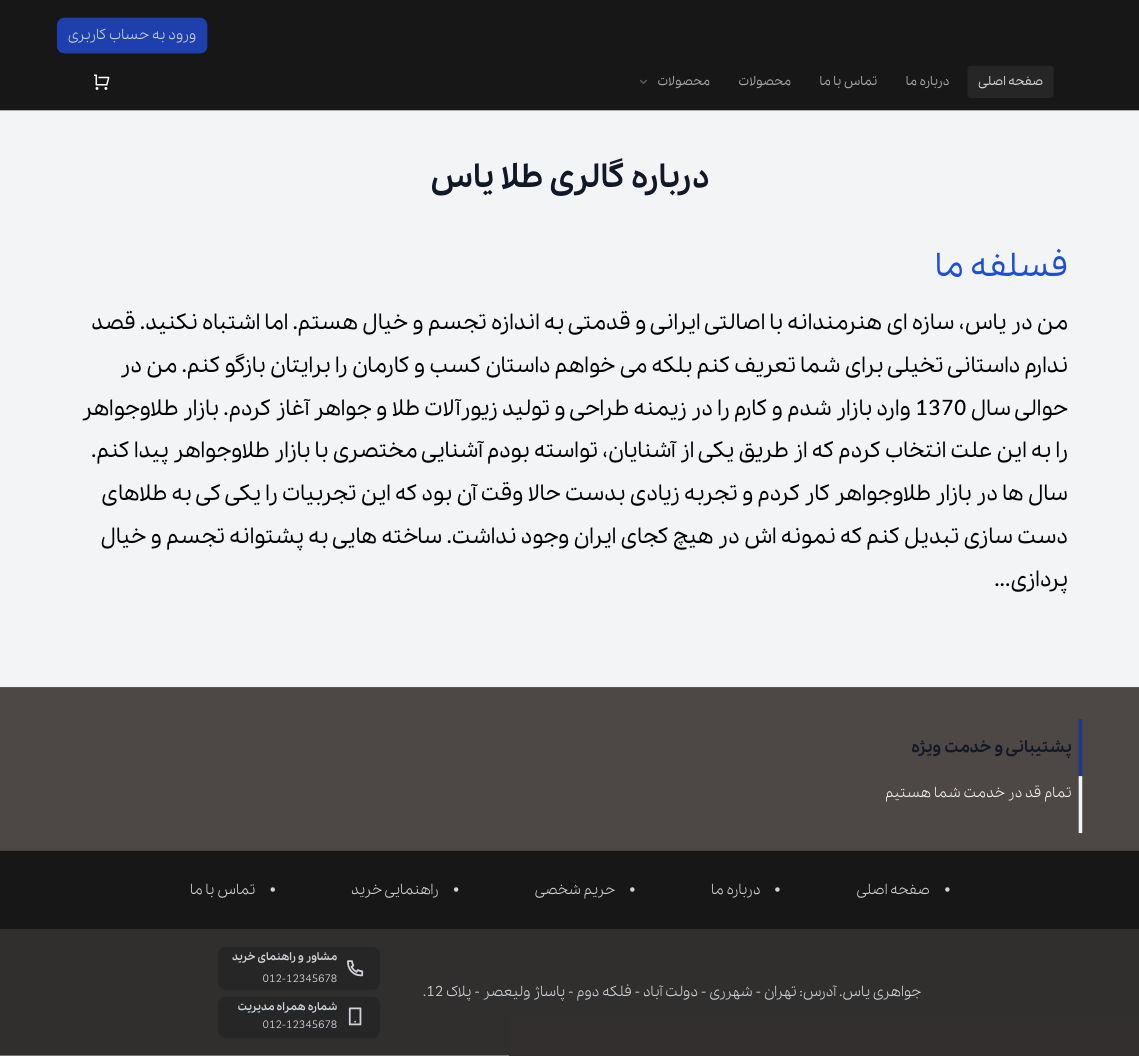
Repository: aliakbarmotallebi/yasgoldgallery-ui
Page: /about
These files come from the project's save history. The page is drawn as it stood at one moment and after the next save; the edit follows.
The browser window is 1280 px wide. The pictures show the whole page, at 89% of full size.
The project was rebuilt for these pictures with package versions that can differ from the ones it lists, and the page was loaded fresh each time. Also part of the build but not shown: src/components/Brands.jsx, src/components/GridImages.js, src/components/SpecialComments.jsx, src/components/CardProduct.jsx, src/components/SpecialProducts.jsx, src/components/SuggestedProducts.jsx, src/pages/HomePage.jsx, src/pages/NotFound.jsx and 4 more.

Above is the page before, as saved 2023-01-16 12:21:05.

After the next save:
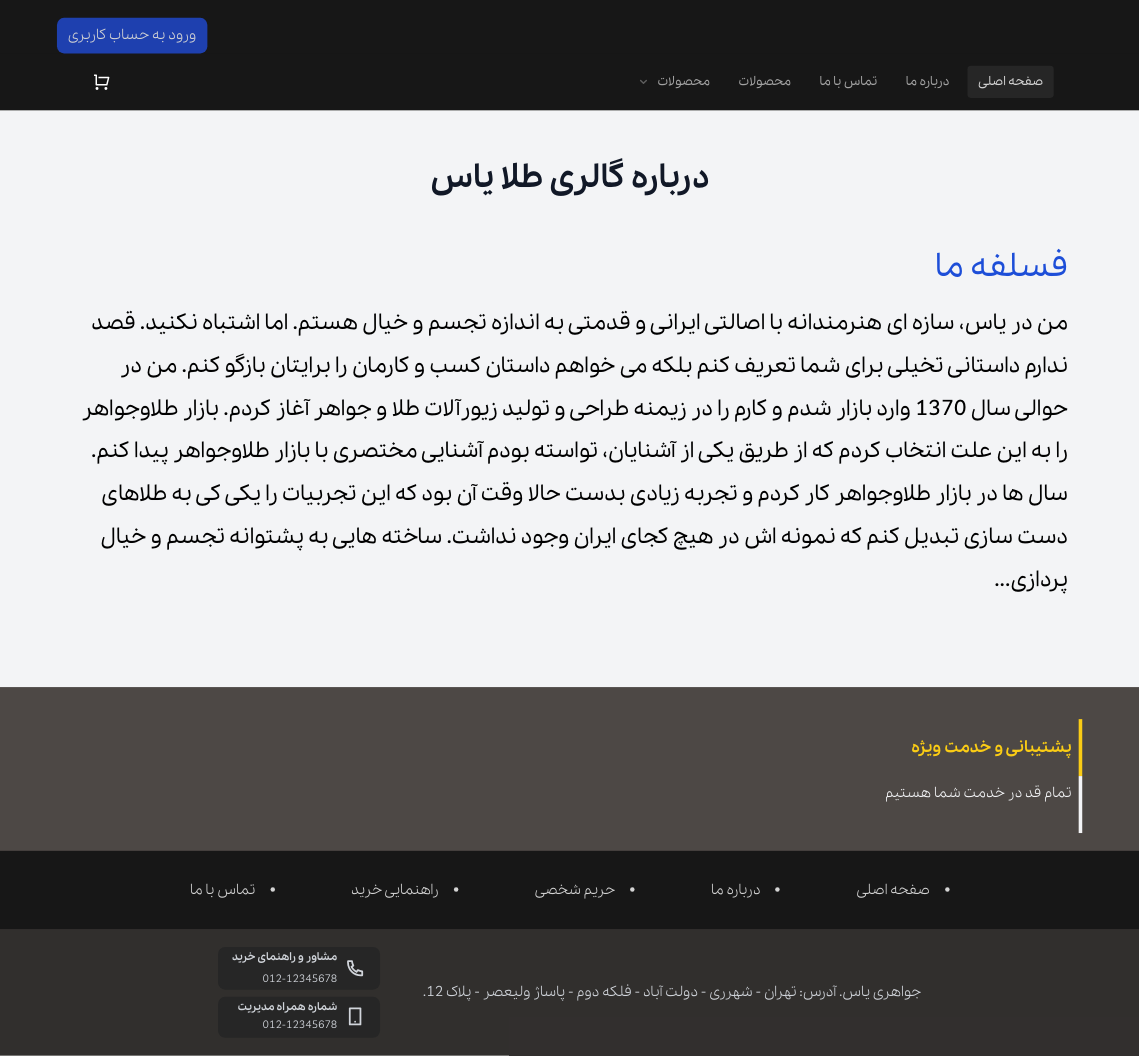
Saved 28 s later.
--- a/src/pages/AboutPage.jsx
+++ b/src/pages/AboutPage.jsx
@@ -27,12 +27,12 @@ const AboutPage = () => {
             <div class="space-y-12 px-2 xl:px-16 py-5">
                 <div class="mt-4 flex gap-2">
                     <div>
-                        <div class="flex items-center h-16 border-l-4 border-blue-900"></div>
+                        <div class="flex items-center h-16 border-l-4 border-yellow-400"></div>
                         <div class="flex items-center h-16 border-l-4 border-gray-100"></div>
                     </div>
                     <div>
                         <div class="flex items-center h-16">
-                            <span class="text-lg text-gray-900 font-bold">
+                            <span class="text-lg text-yellow-400 font-bold">
                                 پشتیبانی و خدمت ویژه
                             </span>
                         </div>
